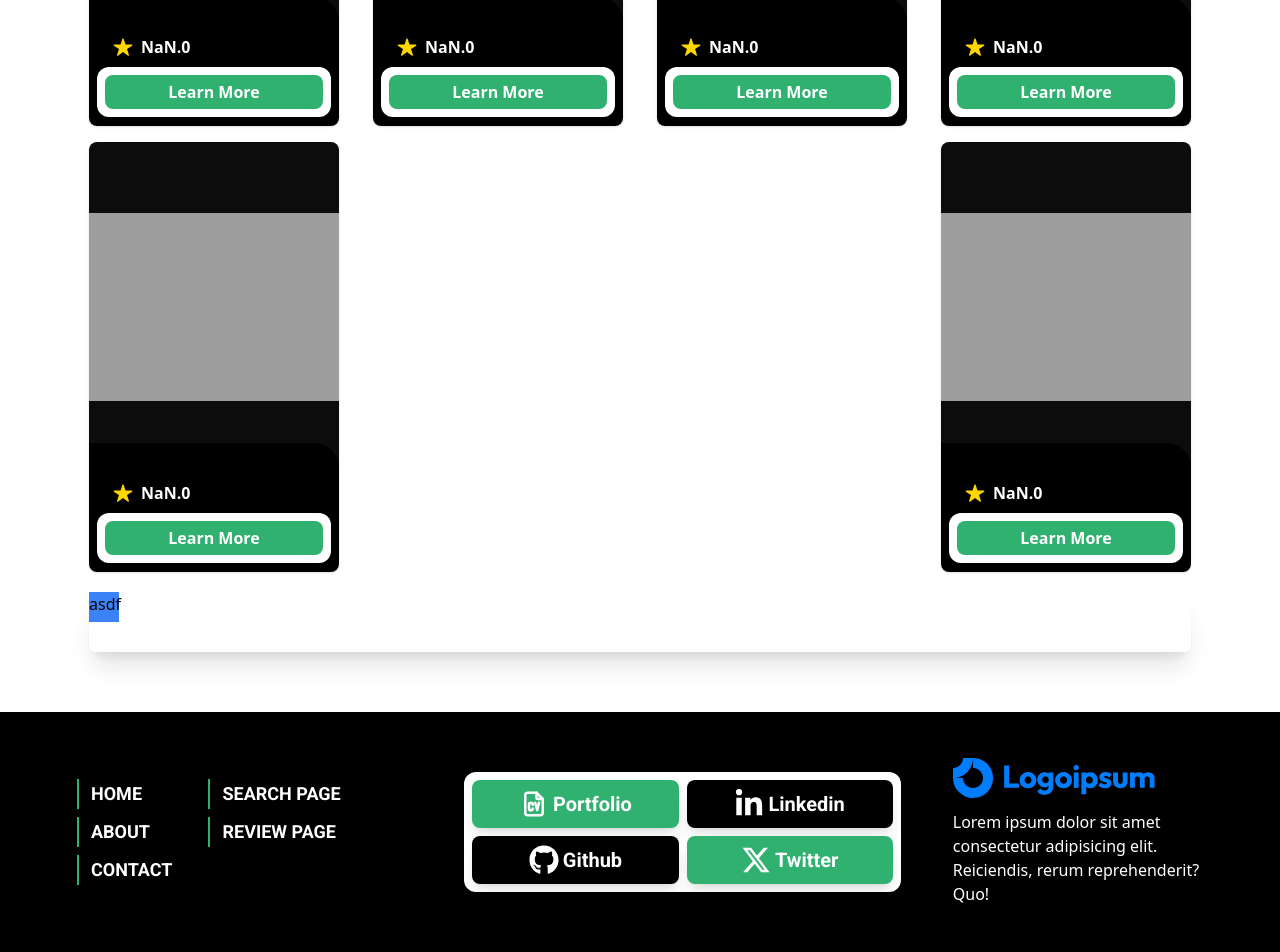
Repository: jayantatech/FrameFlick
Page: /movies
These files come from the project's save history. The page is drawn as it stood at one moment and after a run of saves; the edit follows.
The browser window is 1280 px wide. The pictures show the part of the page from y = 1096 to 2048 px (the page is 2048 px tall).
Pictures or frames that could not be fetched are drawn as grey boxes. The page's requests for data from a server got no answer. The project was rebuilt for these pictures with package versions that can differ from the ones it lists, and the page was loaded fresh each time. No one was signed in, and anything a server would have sent is missing. Also part of the build but not shown: vite.config.js, src/components/header/SearchBar.jsx, src/components/sliderComponent/button.css, src/components/sliderComponent/SliderComponent.jsx, src/pages/home/comingAttractions/ComingAttractions.jsx, src/pages/home/currentFavorites/CurrentFavorites.jsx, src/pages/home/movieGenres/MovieGenres.jsx, src/components/responsiveTitle/responsiveTitle.jsx and 11 more.

Above is the page before, as saved 2024-02-13 19:07:36.

After the next 2 saves:
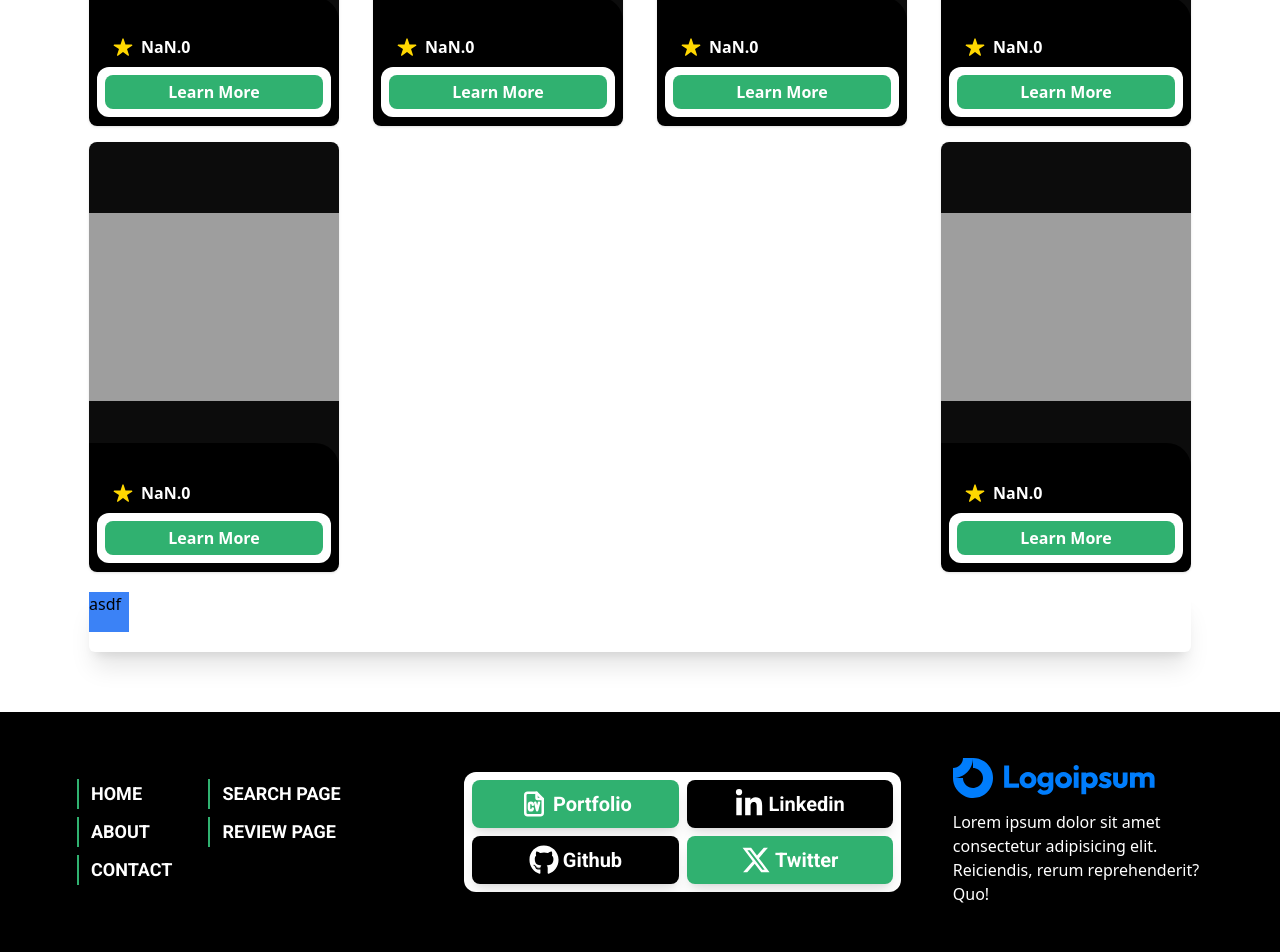
The 2 saves are shown as one change because they came seconds apart.
The last was saved 11 s later.
--- a/src/pages/moviePage/allMovies/AllMovies.jsx
+++ b/src/pages/moviePage/allMovies/AllMovies.jsx
@@ -21,7 +21,7 @@ const AllMovies = () => {
             <FilmCard />
           </div>
           <div className=" w-full h-[60px] bg-[#fff] shadow-xl rounded-md">
-            <div className=" w-[30px] h-[30px] bg-blue-500">asdf</div>
+            <div className=" w-[40px] h-[40px] bg-blue-500">asdf</div>
           </div>
         </div>
       </ContentWrapper>
